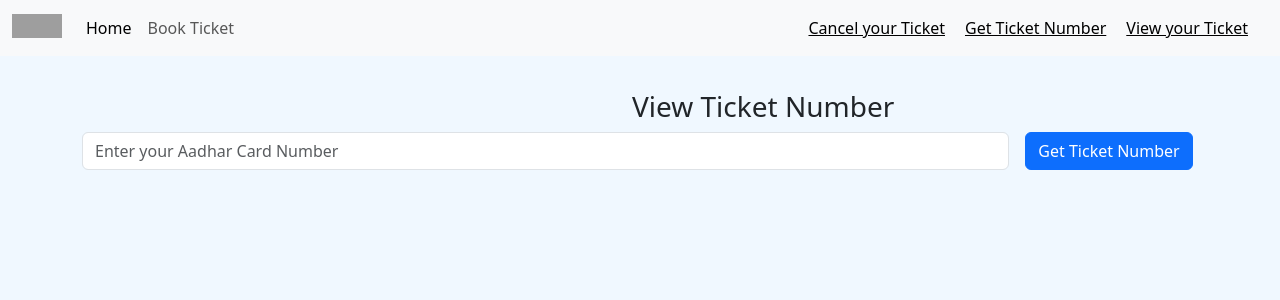
Repository: MayankSardana/Book-My-Ticket
Page: http://localhost/Number
These files come from the project's save history. The page is drawn as it stood at one moment and after the next save; the edit follows.
The browser window is 1280 px wide. The pictures show the whole page.
Pictures or frames that could not be fetched are drawn as grey boxes. The page is this project's Thymeleaf template; nobody is signed in. The template is opened directly, without the code that normally fills it, so the values that code supplies are empty.

Above is the page before, as saved 2024-07-02 08:17:43.

After the next save:
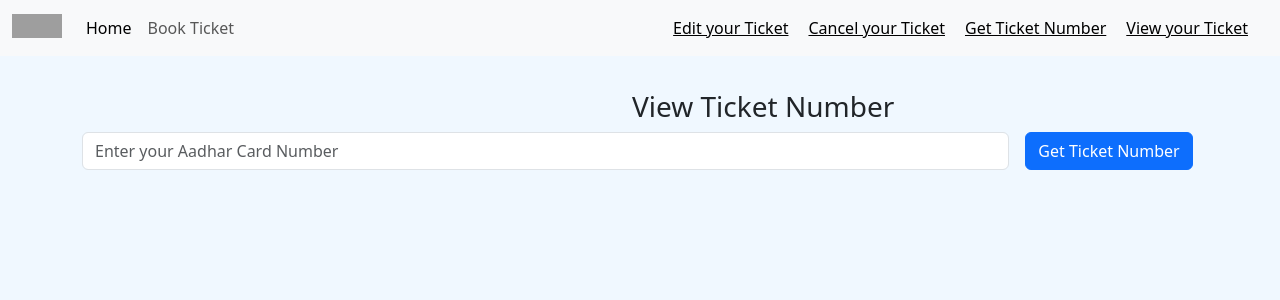
Saved 12 s later.
--- a/BookMyTicket/src/main/resources/templates/Number.html
+++ b/BookMyTicket/src/main/resources/templates/Number.html
@@ -52,6 +52,9 @@
 	              </li>
 	            </ul>
 				<span class="n navbar-text">
+				     <a href = "/edit">Edit your Ticket</a>
+				</span>
+				<span class="n navbar-text">
 					<a href = "/cancel">Cancel your Ticket</a>
 			    </span>
 				<span class="n navbar-text">
